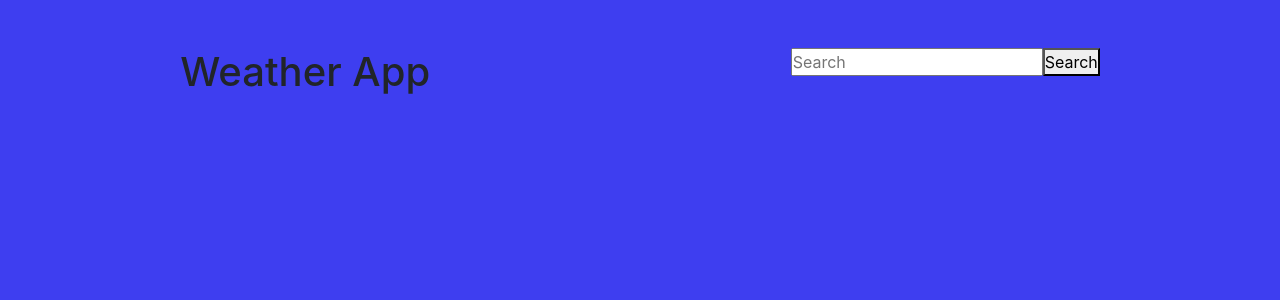
Repository: bhaveshtrades/weatherapp
Page: /
The author's editor kept a copy of each file at every save. The page is drawn from the files as they stood at one save, then again after the next save.
The browser window is 1280 px wide. The pictures show the whole page.
The project was rebuilt for these pictures with package versions that can differ from the ones it lists, and the page was loaded fresh each time. Also part of the build but not shown: src/components/CurrentWeather.jsx.

Above is the page before, as saved 2023-01-08 19:07:46.

After the next save:
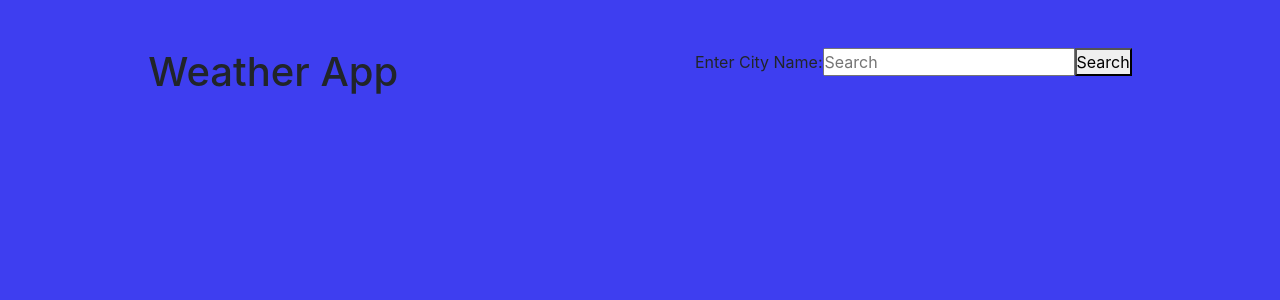
Saved 9 s later.
--- a/src/components/Navbar.jsx
+++ b/src/components/Navbar.jsx
@@ -10,7 +10,7 @@ function Navbar({resultProp, cityProp}){
     </div>
     <div className='nDiv3'>
     <form className='searchBox' role="search" onSubmit={resultProp}>
-        <label htmlFor='searchLocation'></label>
+        <label htmlFor='searchLocation'>Enter City Name: </label>
         <input className='searchInput' id='searchLocation' placeholder='Search' onChange={cityProp}/>
         <button className='searchButton' type="submit">Search</button>
     </form>
